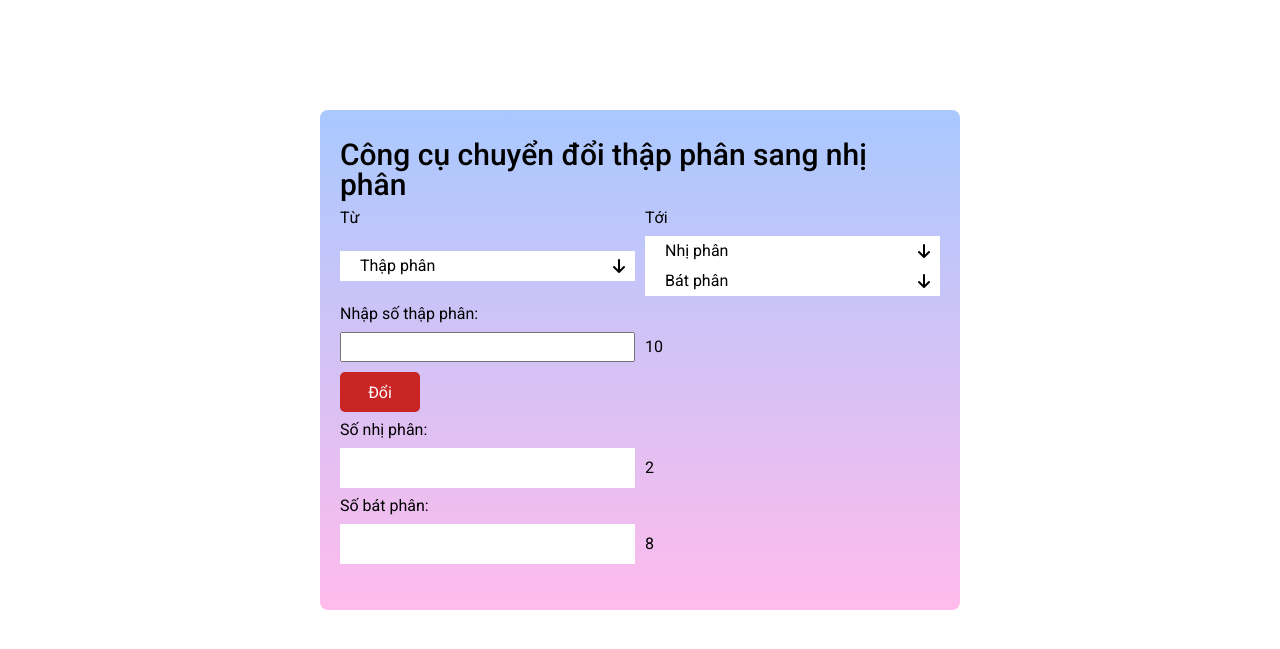
Repository: thuanpham00/covertNumber
Page: index.html
The author's editor kept a copy of each file at every save. The page is drawn from the files as they stood at one save, then again after the next save.
The browser window is 1280 px wide. The pictures show the whole page.
Some web libraries are served in a nearby version. The style sheet was rebuilt from its Sass, Less or Tailwind sources for each picture, by a compiler version that may differ from the author's.

Above is the page before, as saved 2023-11-05 16:41:20.

After the next save:
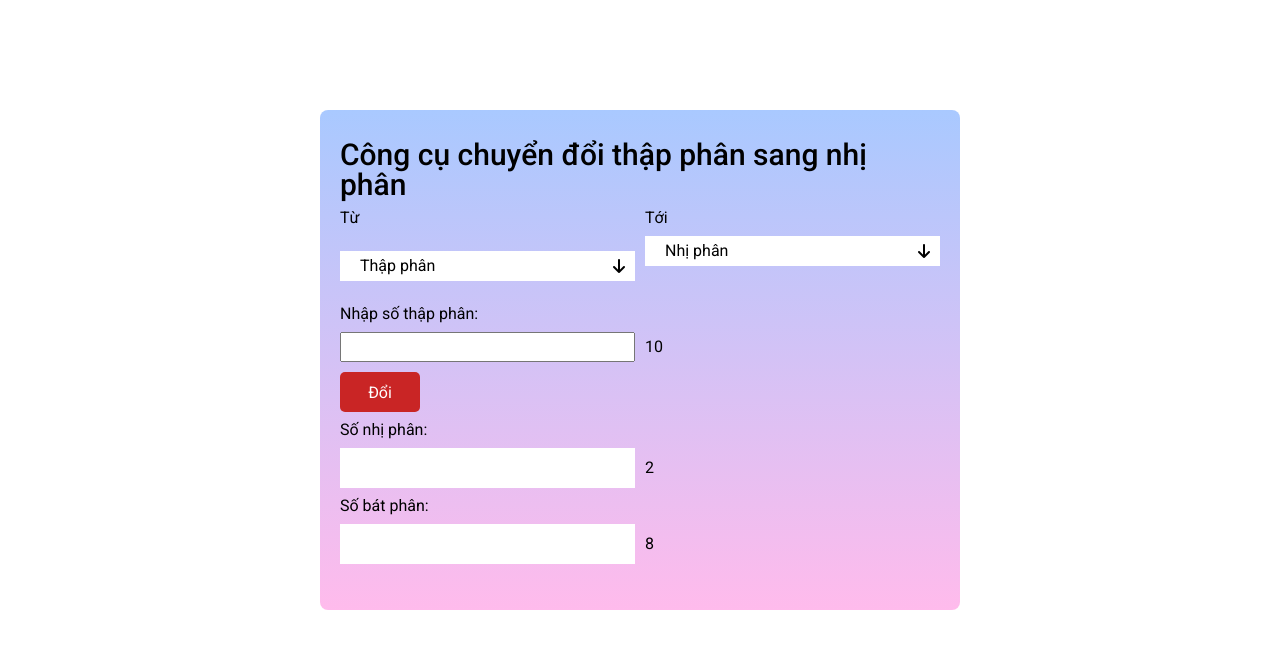
Saved 6 s later.
--- a/index.html
+++ b/index.html
@@ -35,7 +35,7 @@
                             <i class="fa-solid fa-arrow-down"></i>
                         </div>
                     </div>
-                    <div class="row__type">
+                    <div class="row__type hidden">
                         <div class="row__item">Bát phân</div>
                         <div class="row__icon">
                             <i class="fa-solid fa-arrow-down"></i>

After the save that followed:
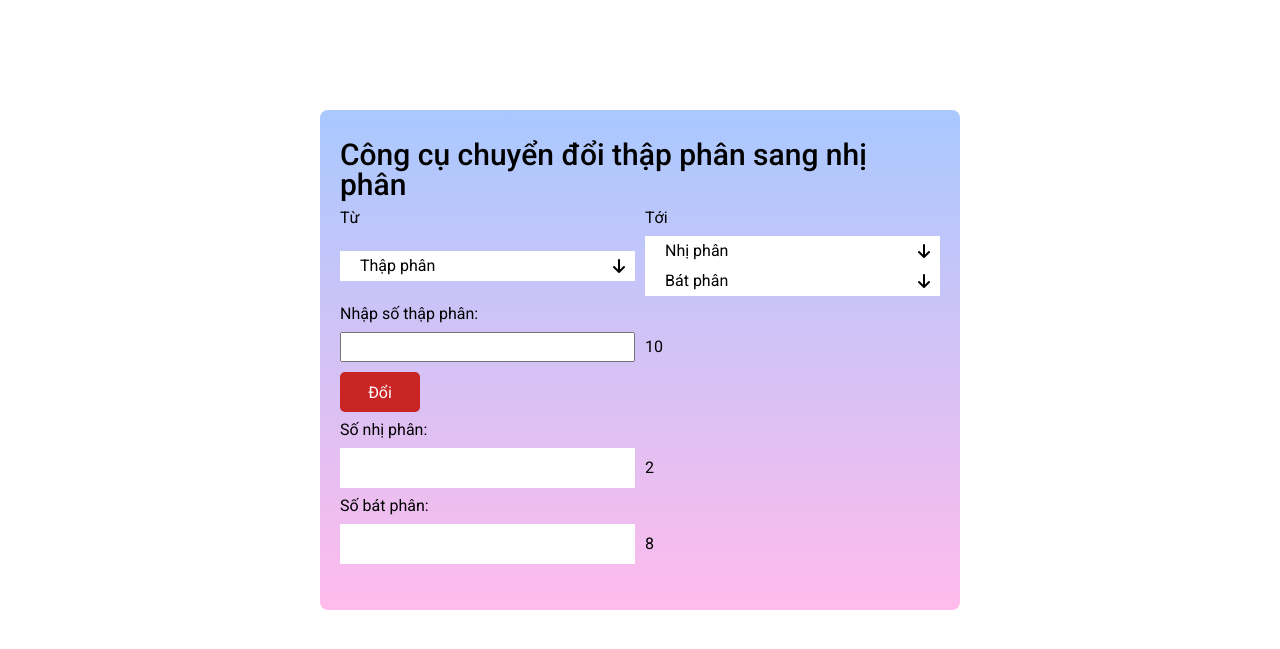
Saved 8 s later.
--- a/scss/main.scss
+++ b/scss/main.scss
@@ -223,7 +223,6 @@ button {
 
 .row__list {
     .hidden {
-        opacity: 0;
-        visibility: hidden;
-    }
-}
+        display: none;
+    }
+}
